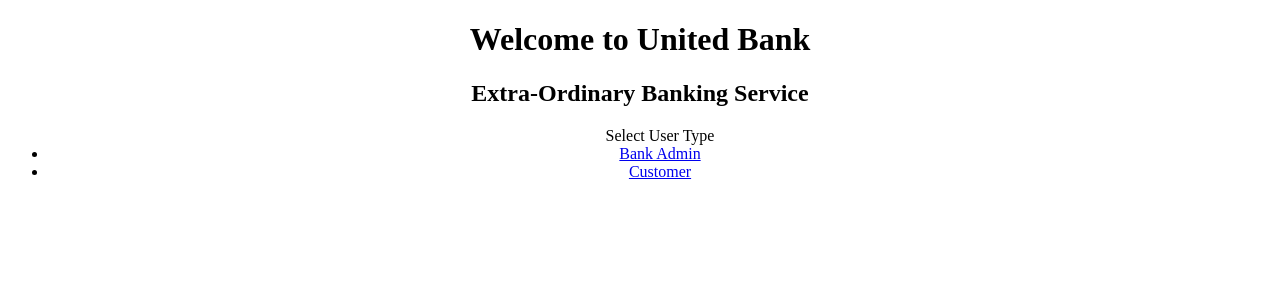
Repository: ameena017/bank-app
Page: http://localhost/banking-app/
The author's editor kept a copy of each file at every save. The page is drawn from the files as they stood at one save, then again after the next save.
The browser window is 1280 px wide. The pictures show the whole page.
The page is served by Tomcat 9. Nobody is signed in. The application's start-up code is not run.

Above is the page before, as saved 2017-09-18 14:31:00.

After the next save:
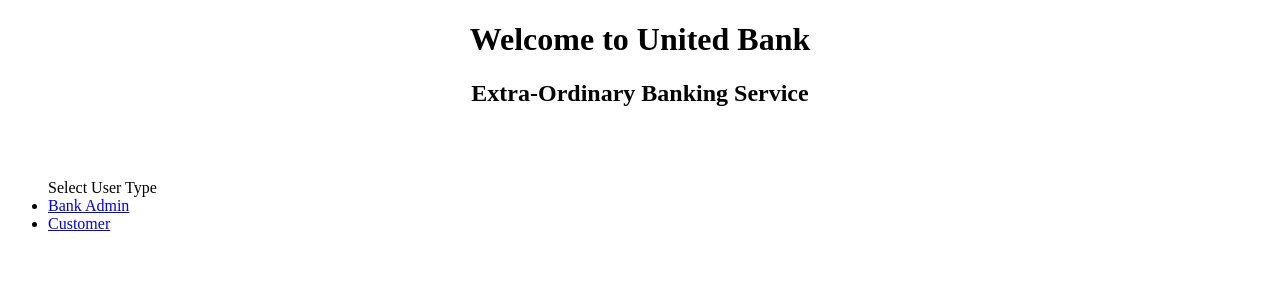
Saved 14 h 4 min later.
--- a/banking-app/WebContent/index.jsp
+++ b/banking-app/WebContent/index.jsp
@@ -15,6 +15,9 @@
     <h2>Extra-Ordinary Banking Service</h2>
 </div>
 
+</center>
+</br>
+</br>
 <div id="navigation">
     <ul>
     Select User Type
@@ -24,7 +27,7 @@
     </ul>
 </div>
 
-            </center>
+
         </form>
     </body>
 </html>
